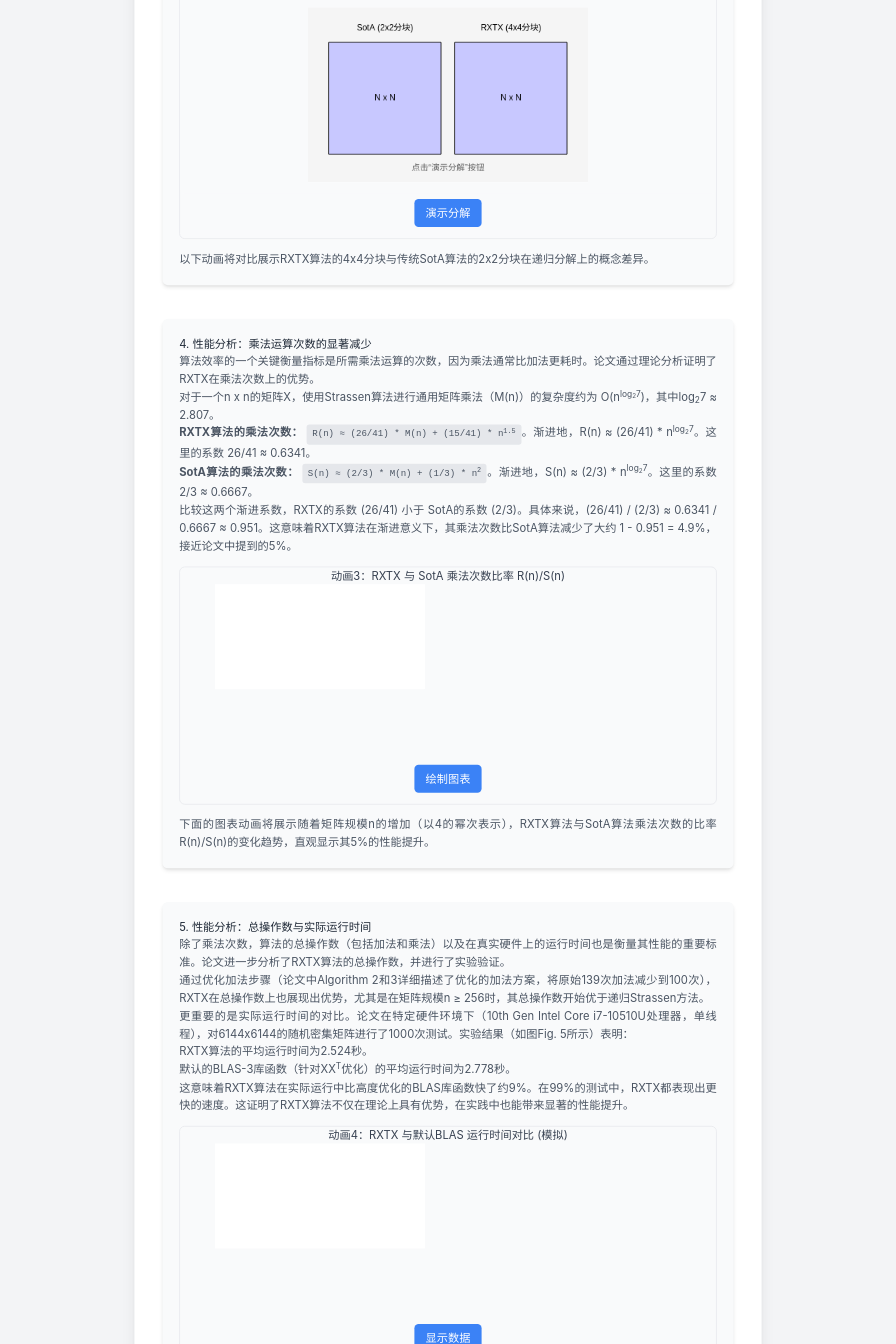
Repository: james130012/newcline
Page: useful/6.新矩阵乘法.html
An editor plug-in stored every save of this project. The page is shown before and after the next save, followed by the edit.
The browser window is 1280 px wide. The pictures show the part of the page from y = 1838 to 3758 px (the page is 5640 px tall), at 70% of full size.
After loading, the first visible `#playBtn3` was clicked once.
Some web libraries are served in a nearby version.

Above is the page before, as saved 2025-05-17 17:00:28.
Console error: ReferenceError: times is not defined

After the next save:
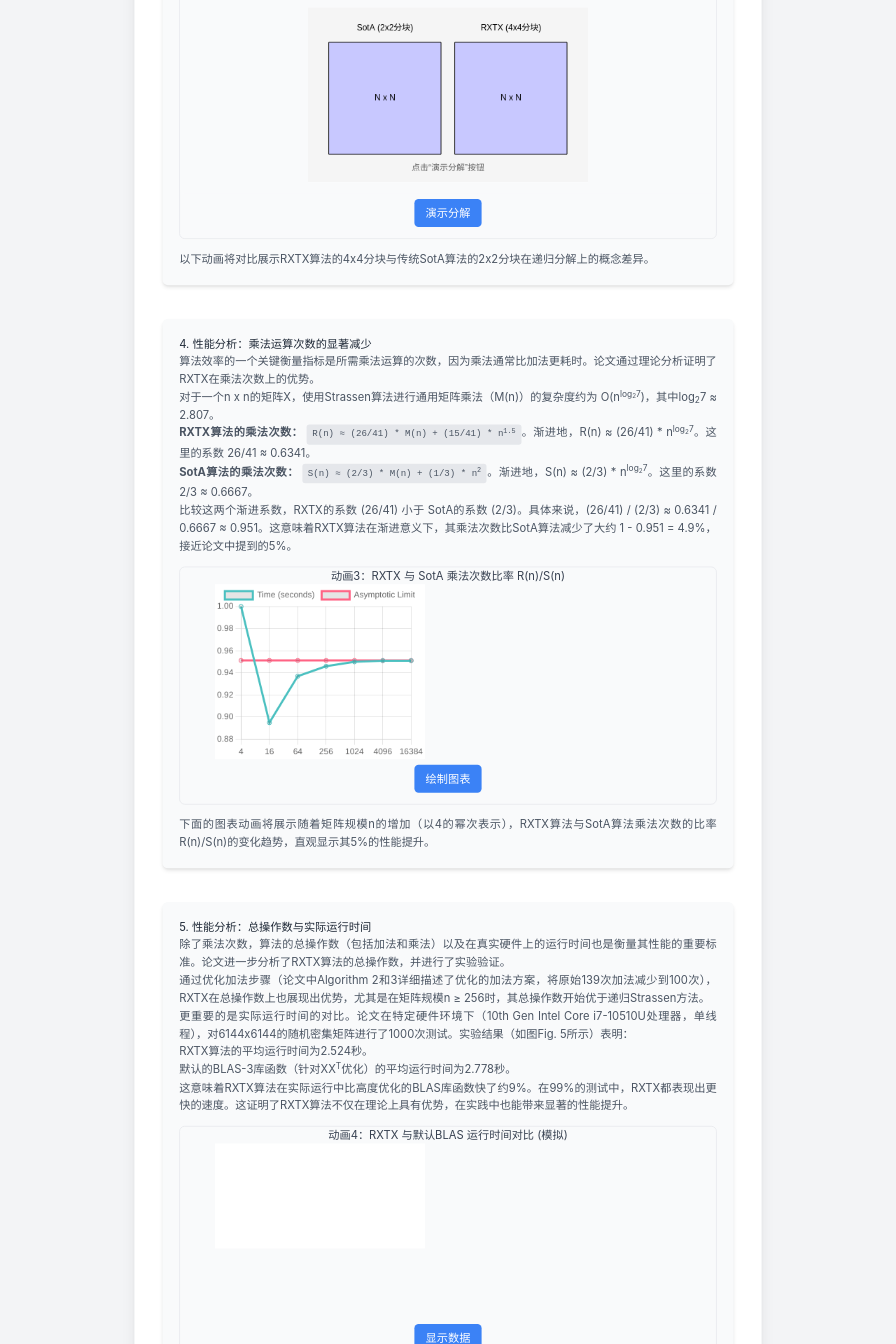
Console error (its wording comes from the project's code and is left out).
Saved 71 s later.
--- a/useful/6.新矩阵乘法.html
+++ b/useful/6.新矩阵乘法.html
@@ -376,7 +376,7 @@ function createChart3() {
             labels: n_values,
             datasets: [{
                 label: 'Time (seconds)',
-                data: times,
+                data: ratio_values,
                 borderColor: 'rgba(75, 192, 192, 1)',
                 fill: false
             }, {
